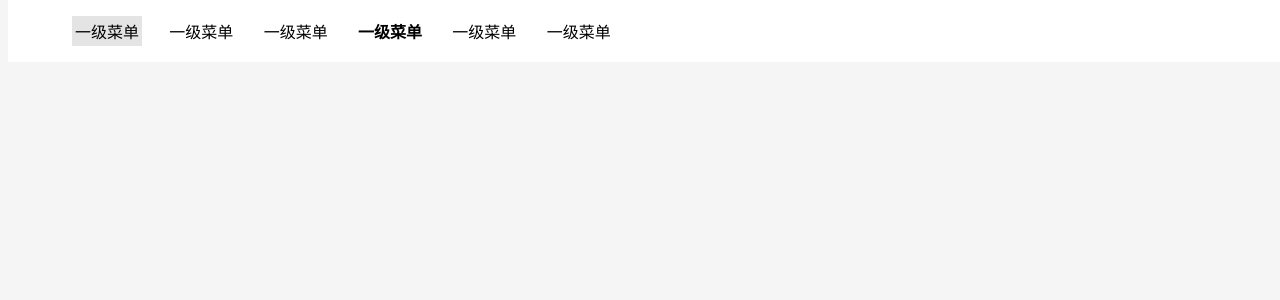
Repository: LJW3112/StudyHTML
Page: 个人作品展示网页/CODE/index.html
The author's editor kept a copy of each file at every save. The page is drawn from the files as they stood at one save, then again after the next save.
The browser window is 1280 px wide. The pictures show the whole page.
The pointer rests on the first visible `.top li a`.

Above is the page before, as saved 2023-02-12 16:43:49.

### 个人作品展示网页/CODE/index.html
<!DOCTYPE html>
<html lang="en">

<head>
    <meta charset="UTF-8">
    <meta http-equiv="X-UA-Compatible" content="IE=edge">
    <meta name="viewport" content="width=device-width, initial-scale=1.0">
    <link rel="stylesheet" href="">

    <head>
        <style type="text/css">
            .top {
                /* 设置宽度高度背景颜色 */
                height: auto;
                /*高度改为自动高度*/
                width: 100%;
                margin-left: 0;
                background: rgb(255, 255, 255);
                position: fixed;
                /*固定在顶部*/
                top: 0;
                /*离顶部的距离为0*/
                margin-bottom: 5px;
            }

            .top ul {
                /* 清除ul标签的默认样式 */
                width: auto;
                /*宽度也改为自动*/
                list-style-type: none;
                white-space: nowrap;
                overflow: hidden;
                margin-left: 5%;
                /* margin-top: 0;          */
                padding: 0;

            }

            .top li {
                float: left;
                /* 使li内容横向浮动，即横向排列  */
                margin-right: 2%;
                /* 两个li之间的距离*/
                position: relative;
                overflow: hidden;
            }

            .top li a {
                /* 设置链接内容显示的格式*/
                display: block;
                /* 把链接显示为块元素可使整个链接区域可点击 */
                color: rgb(0, 0, 0);
                text-align: center;
                padding: 3px;
                overflow: hidden;
                text-decoration: none;
                /* 去除下划线 */

            }

            .top li a:hover {
                /* 鼠标选中时背景变为黑色 */
                background-color: rgb(228, 228, 228);
            }

            .top ul li ul {
                /* 设置二级菜单 */
                margin-left: -0.2px;
                background: rgb(189, 181, 181);
                position: relative;
                display: none;
                /* 默认隐藏二级菜单的内容 */

            }

            .top ul li ul li {
                /* 二级菜单li内容的显示 */

                float: none;
                text-align: center;
            }

            .top ul li:hover ul {
                /* 鼠标选中二级菜单内容时 */
                display: block;
            }

            body {
                background: whitesmoke !important;
            }
        </style>
        <title>星汉 三维产品动画</title>
    </head>

<body>
    <!-- <div class="header" id="Logo">
        <a href="http://XingHanVisual.com" target="_blank"><img src="../images-video/星汉logo.png" alt="Logo"></a>
    </div>
    <div class="top">
        <center>
            <ul>
                <li><a href="#"></a>首页</li>
                <li><a href="#"></a>首页</li>
                <li><a href="#"></a>首页</li>
                <li><a href="#"><b>三维作品</b></a></li>
                <li><a href="#"></a></li>
            </ul>
        </center>
    </div> -->

    <body>
        <div class="top">
            <center>
                <ul>
                    <li><a href="#">一级菜单</a></li>
                    <li><a href="#">一级菜单</a></li>
                    <li><a href="#">一级菜单</a></li>
                    <li><a href="#"><b>一级菜单</b></a></li>
                    <li><a href="#">一级菜单</a></li>
                    <li>
                        <a href="#">一级菜单</a>
                        <ul>
                            <li><a href="#">二级菜单</a></li>
                            <li><a href="#">二级菜单</a></li>
                        </ul>
                    </li>
                </ul>
            </center>
        </div>
    </body>
    </head>

</html>

</body>

</html>

After the next save:
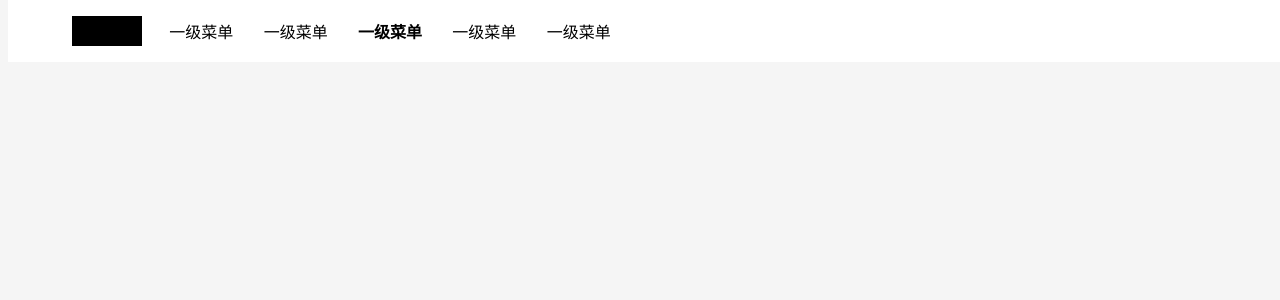
Saved 3 min 29 s later.
--- a/个人作品展示网页/CODE/index.html
+++ b/个人作品展示网页/CODE/index.html
@@ -60,7 +60,7 @@
 
             .top li a:hover {
                 /* 鼠标选中时背景变为黑色 */
-                background-color: rgb(228, 228, 228);
+                background-color: rgb(0, 0, 0);
             }
 
             .top ul li ul {
